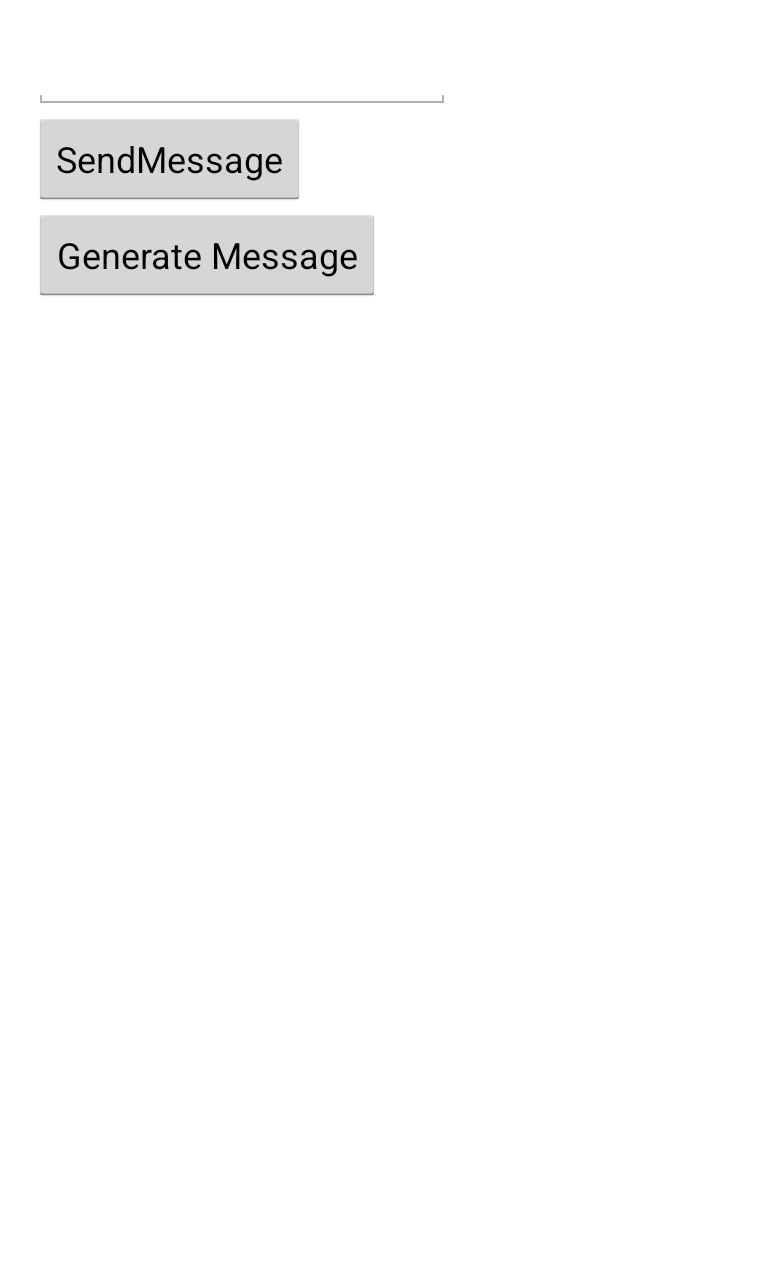
Repository: ioanaantoche/idp
Layout: RandomMessageGenerator/res/layout/activity_main.xml
An editor plug-in stored every save of this project. The layout is shown before and after the next save, followed by the edit.
It is drawn on a 768 x 1280 px phone screen (xhdpi) without system bars, with theme AppTheme; the app's code is not run.

Above is the layout before, as saved 2015-04-07 17:46:52.

### RandomMessageGenerator/res/layout/activity_main.xml
<RelativeLayout xmlns:android="http://schemas.android.com/apk/res/android"
    xmlns:tools="http://schemas.android.com/tools"
    android:layout_width="match_parent"
    android:layout_height="match_parent"
    android:paddingBottom="@dimen/activity_vertical_margin"
    android:paddingLeft="@dimen/activity_horizontal_margin"
    android:paddingRight="@dimen/activity_horizontal_margin"
    android:paddingTop="@dimen/activity_vertical_margin"
    tools:context="ipd.prototype.MainActivity" >

    <LinearLayout
        android:id="@+id/linearLayout1"
        android:layout_width="wrap_content"
        android:layout_height="wrap_content"
        android:layout_alignParentLeft="true"
        android:layout_alignParentRight="true"
        android:layout_alignParentTop="true"
        android:orientation="vertical" >

        <EditText
            android:id="@+id/userMessage"
            android:layout_width="wrap_content"
            android:layout_height="0dp"
            android:layout_weight="1"
            android:ems="10" >
        </EditText>

        <Button
            android:id="@+id/sendMessage"
            android:layout_width="wrap_content"
            android:layout_height="0dp"
            android:layout_weight="1"
            android:text="SendMessage" />

        <LinearLayout
        	android:id="@+id/linearLayout2"
        	android:layout_width="wrap_content"
            android:layout_height="0dp"
            android:layout_weight="1">

            <TextView
		        android:id="@+id/generatedText"
		        android:layout_width="0dp"
            	android:layout_height="wrap_content"
            	android:layout_weight="1"
		        android:text="" />

		    <Button
		        android:id="@+id/generateMessage"
		        android:layout_height="wrap_content"
            	android:layout_width="0dp"
            	android:layout_weight="1"
		        android:text="Generate Message" />
    	</LinearLayout>
    </LinearLayout>




</RelativeLayout>

Loaded but not shown: RandomMessageGenerator/res/values/styles.xml (common file); RandomMessageGenerator/res/values-v11/styles.xml (common file); RandomMessageGenerator/res/values-v14/styles.xml (common file); RandomMessageGenerator/res/values/dimens.xml (common file); RandomMessageGenerator/res/values-w820dp/dimens.xml (common file)

After the next save:
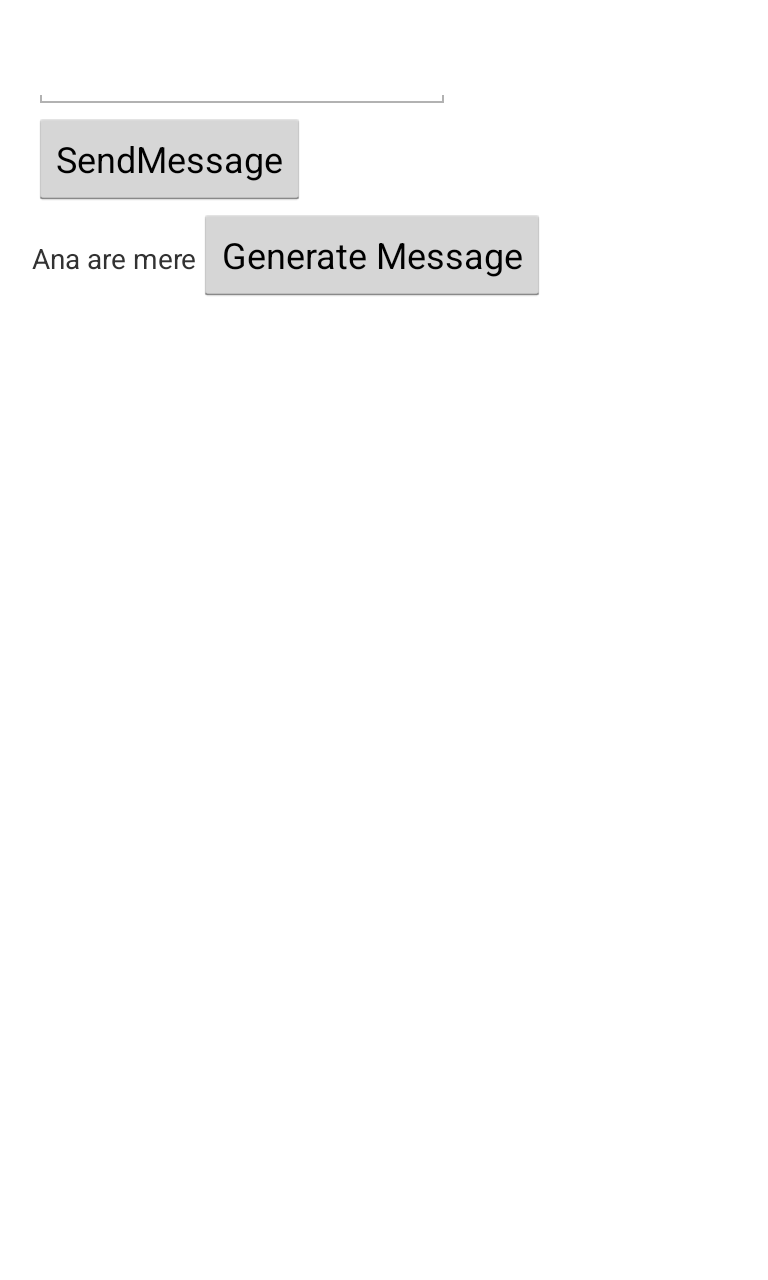
Saved 19 s later.
--- a/RandomMessageGenerator/res/layout/activity_main.xml
+++ b/RandomMessageGenerator/res/layout/activity_main.xml
@@ -43,7 +43,7 @@
 		        android:layout_width="0dp"
             	android:layout_height="wrap_content"
             	android:layout_weight="1"
-		        android:text="" />
+		        android:text="Ana are mere" />
 
 		    <Button
 		        android:id="@+id/generateMessage"
